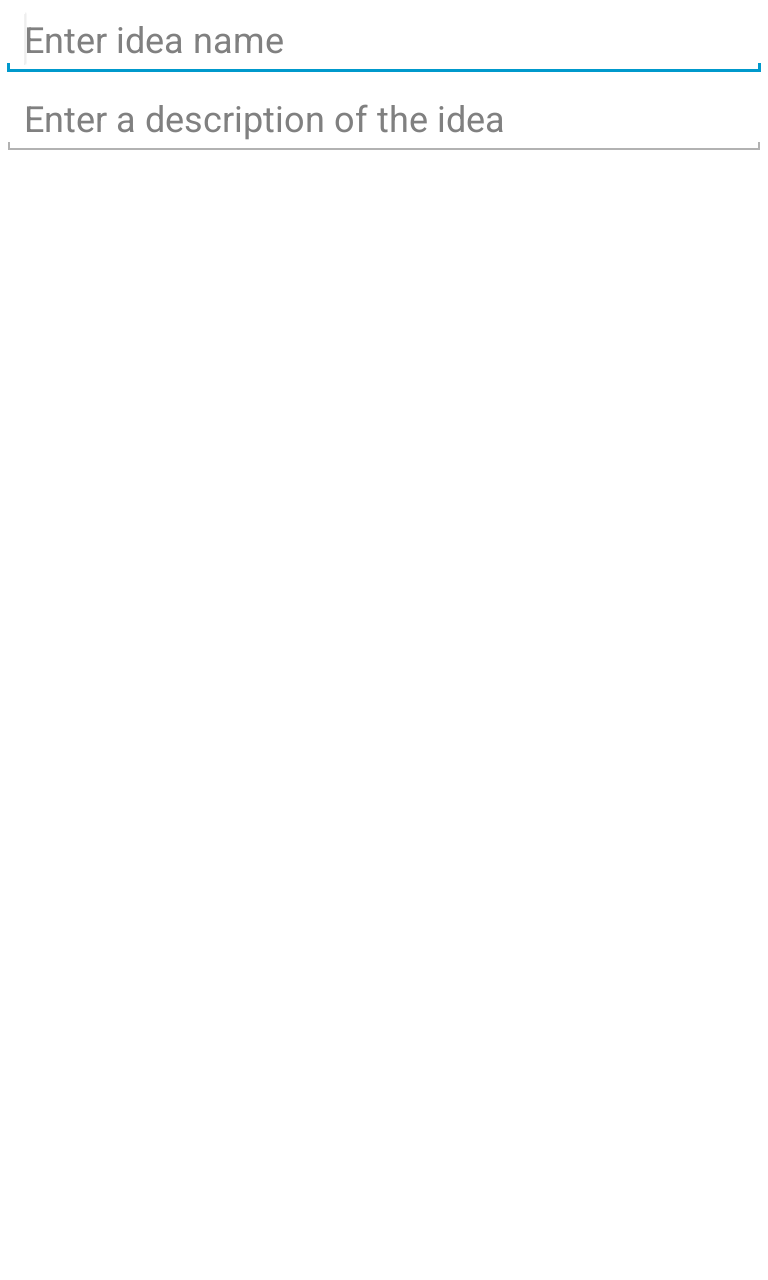
Repository: griffinfujioka/Ideas_Android
Layout: Ideas/res/layout/activity_new_idea.xml
An editor plug-in stored every save of this project. The layout is shown before and after the next save, followed by the edit.
It is drawn on a 768 x 1280 px phone screen (xhdpi) without system bars, with theme AppTheme; the app's code is not run.

Above is the layout before, as saved 2013-11-14 09:50:04.

### Ideas/res/layout/activity_new_idea.xml
<?xml version="1.0" encoding="utf-8"?>
<TableLayout xmlns:android="http://schemas.android.com/apk/res/android"
    android:layout_width="match_parent"
    android:layout_height="match_parent" >

    <TableRow
        android:id="@+id/titleRow"
        android:layout_width="wrap_content"
        android:layout_height="wrap_content" >

        <EditText
            android:id="@+id/ideaTitleTxtField"
            android:layout_width="wrap_content"
            android:layout_height="wrap_content"
            android:ems="10"
            android:hint="@string/enter_idea_name"
            android:layout_weight="1" >

            <requestFocus />
        </EditText>

    </TableRow>

    <TableRow
        android:id="@+id/descriptionRow"
        android:layout_width="wrap_content"
        android:layout_height="wrap_content" >

        <EditText
            android:id="@+id/editText1"
            android:layout_width="wrap_content"
            android:layout_height="wrap_content"
            android:ems="10"
            android:inputType="textMultiLine"
            android:hint="@string/enter_idea_description"
            android:layout_weight="1"/>

    </TableRow>

</TableLayout>

### Ideas/res/values/strings.xml
<?xml version="1.0" encoding="utf-8"?>
<resources>

    <string name="app_name">Ideas</string>
    <string name="hello_world">Hello world!</string>
    <string name="welcome">Welcome to Ideas for Android!</string>
    <string name="edit_message">Enter some text</string>
    <string name="button_send">Send</string>

    <!--  Home page strings -->
    <string name="action_settings">Settings</string>
    <string name="new_idea">New Idea</string>

    <!-- New Idea strings -->
    <string name="enter_idea_name">Enter idea name</string>
    <string name="enter_idea_description">Enter a description of the idea</string>
    <string name="save_new_idea">Save idea</string>
    <string name="discard_new_idea">Discard</string>
    <string name="title_new_idea">activity_new_idea</string>
    <string name="enter_system_requirement">Enter a system requirement</string>


</resources>

Loaded but not shown: Ideas/res/values/styles.xml (common file); Ideas/res/values-v11/styles.xml (common file); Ideas/res/values-v14/styles.xml (common file)

After the next save:
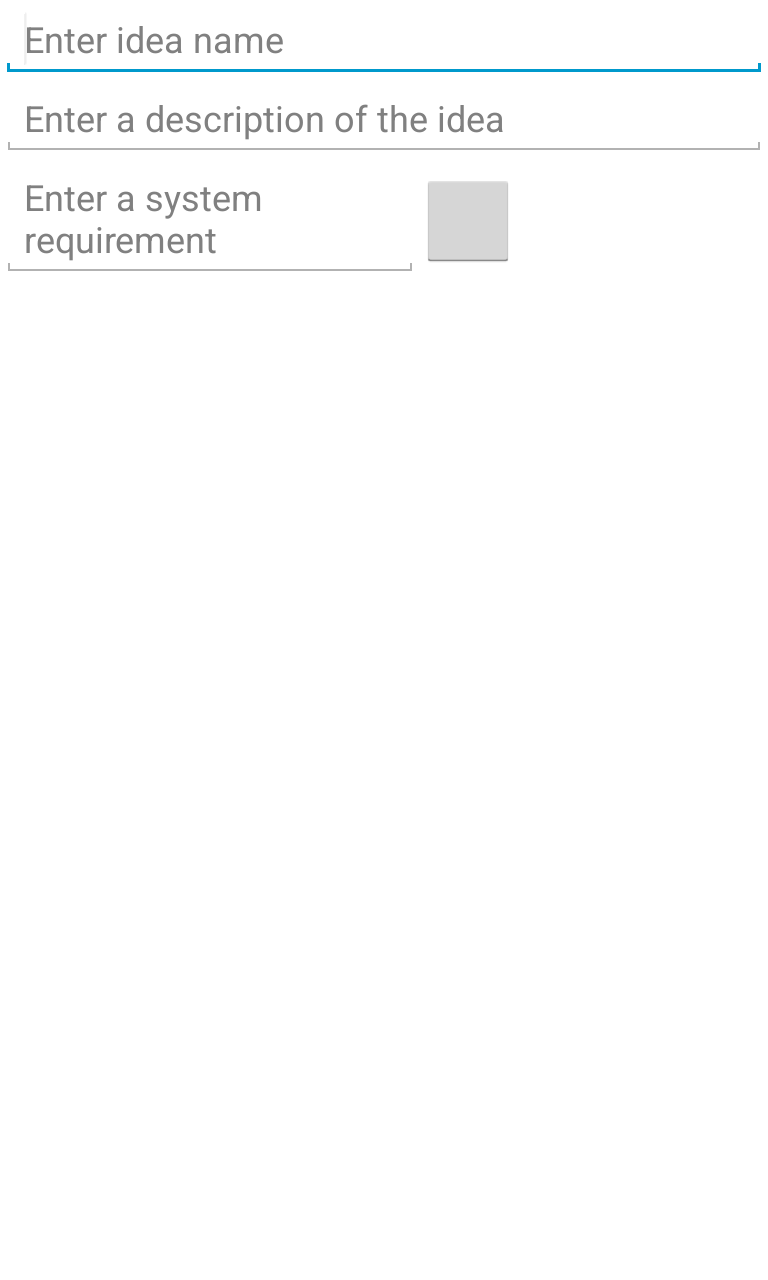
Saved 48 s later.
--- a/Ideas/res/layout/activity_new_idea.xml
+++ b/Ideas/res/layout/activity_new_idea.xml
@@ -37,4 +37,24 @@
 
     </TableRow>
 
+    <TableRow
+        android:id="@+id/tableRow1"
+        android:layout_width="wrap_content"
+        android:layout_height="wrap_content" >
+
+        <EditText
+            android:id="@+id/editText2"
+            android:layout_width="wrap_content"
+            android:layout_height="wrap_content"
+            android:ems="10"
+            android:hint="@string/enter_system_requirement" />
+
+        <Button
+            android:id="@+id/button1"
+            style="?android:attr/buttonStyleSmall"
+            android:layout_width="wrap_content"
+            android:layout_height="wrap_content" />
+
+    </TableRow>
+
 </TableLayout>
